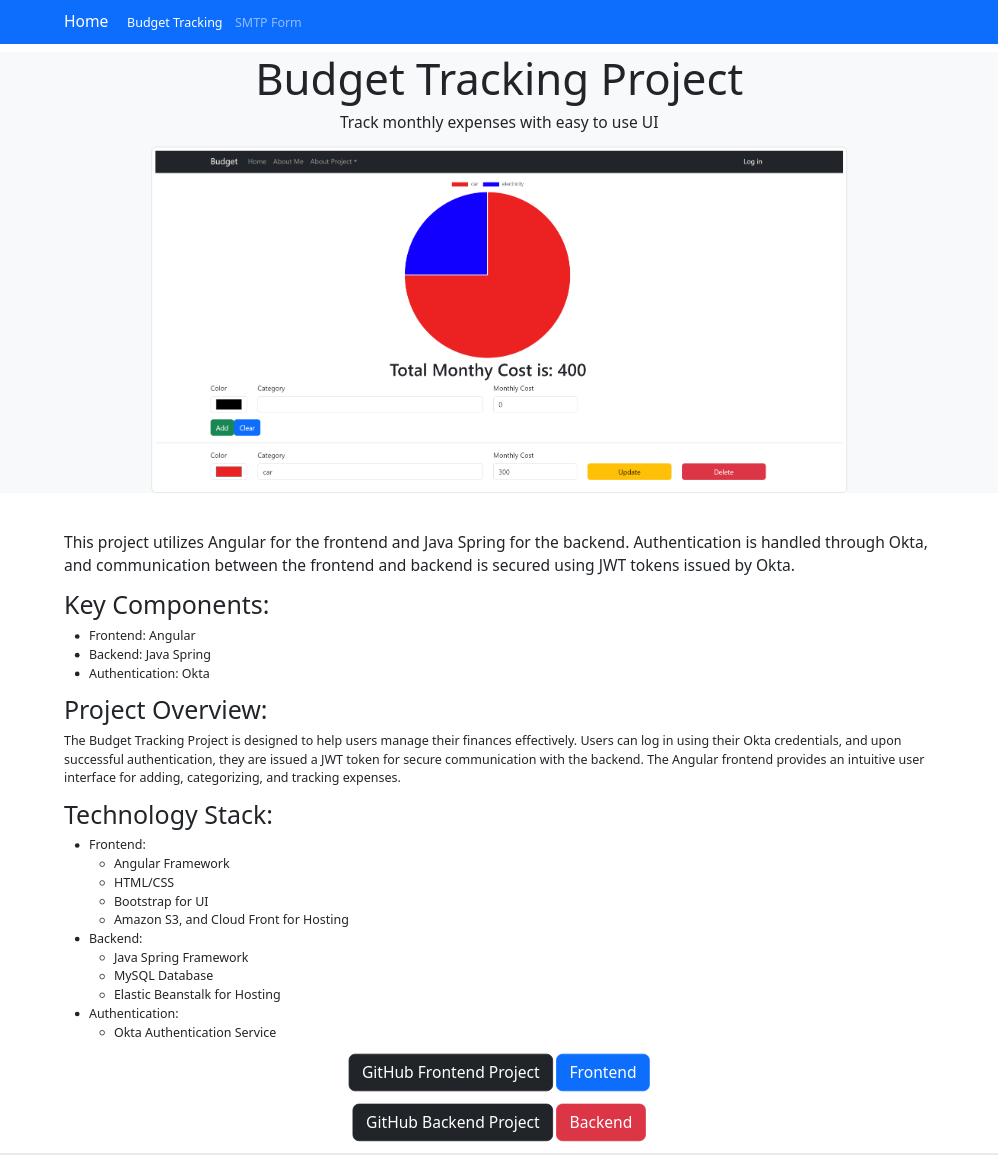
Repository: The-Hustler-Hattab/Web
Page: project_budget.html
An editor plug-in stored every save of this project. The page is shown before and after the next save, followed by the edit.
The browser window is 1280 px wide. The pictures show the whole page, at 78% of full size.

Above is the page before, as saved 2023-09-30 19:42:39.

### project_budget.html
<!DOCTYPE html>
<html lang="en">
<head>
    <meta charset="UTF-8">
    <meta name="viewport" content="width=device-width, initial-scale=1.0">
    <title>My Personal Projects</title>
    <!-- Add Bootstrap CSS link -->
    <link rel="stylesheet" href="https://cdn.jsdelivr.net/npm/bootstrap@5.3.0/dist/css/bootstrap.min.css">
</head>
<body>
    <script type="module" src="./js/header.js"></script>
    <project-header></project-header>
<!-- Navigation Bar -->
<!-- <nav class="navbar navbar-expand-lg navbar-dark bg-primary fixed-top">
    <div class="container">
        <a class="navbar-brand" href="./index.html">Home</a>
        <button class="navbar-toggler" type="button" data-bs-toggle="collapse" data-bs-target="#navbarNav"
                aria-controls="navbarNav" aria-expanded="false" aria-label="Toggle navigation">
            <span class="navbar-toggler-icon"></span>
        </button>
        <div class="collapse navbar-collapse" id="navbarNav">
            <ul class="navbar-nav ml-auto">
                <li class="nav-item">
                    <a class="nav-link active" href="./project_budget.html">Budget Tracking</a>
                </li>
                <li class="nav-item">
                    <a class="nav-link" href="./project_SMTP.html">SMTP Form</a>
                </li>
            </ul>
        </div>
    </div>
</nav>
<hr>
<hr>
<hr> -->

<!-- Jumbotron -->
<div class="jumbotron text-center bg-light">
    <h1 class="display-4">Budget Tracking Project</h1>
    <p class="lead">Track monthly expenses with easy to use UI</p>
    <div class="container">
        <img src="img/budget-project.png" alt="Project Screenshot"  class="img-fluid rounded img-thumbnail" style="max-width: 80%;" >

    </div>
    <p></p>
</div>
<div class="container mt-5">
    <!-- <h1 class="display-4">Budget Tracking Project</h1> -->
    <p class="lead">This project utilizes Angular for the frontend and Java Spring for the backend. Authentication is handled through Okta, and communication between the frontend and backend is secured using JWT tokens issued by Okta.</p>

    <h2>Key Components:</h2>
    <ul>
        <li>Frontend: Angular</li>
        <li>Backend: Java Spring</li>
        <li>Authentication: Okta</li>
    </ul>

    <h2>Project Overview:</h2>
    <p>The Budget Tracking Project is designed to help users manage their finances effectively. Users can log in using their Okta credentials, and upon successful authentication, they are issued a JWT token for secure communication with the backend. The Angular frontend provides an intuitive user interface for adding, categorizing, and tracking expenses.</p>

    <h2>Technology Stack:</h2>
    <ul>
        <li>Frontend:
            <ul>
                <li>Angular Framework</li>
                <li>HTML/CSS</li>
                <li>Bootstrap for UI</li>
                <li>Amazon S3, and Cloud Front for Hosting</li>
            </ul>
        </li>
        <li>Backend:
            <ul>
                <li>Java Spring Framework</li>
                <li>MySQL Database</li>
                <li>Elastic Beanstalk for Hosting</li>
            </ul>
        </li>

        <li>Authentication:
            <ul>
                <li>Okta Authentication Service</li>

            </ul>
        </li>
    </ul>

</div>
<div class="container text-center mt-1">
    <a href="https://github.com/The-Hustler-Hattab/budget-tracking" target="_blank" class="btn btn-dark btn-lg mr-3">
        GitHub Frontend Project
    </a>
    <a href="https://budget-app.mtattab.com/" target="_blank" class="btn btn-primary btn-lg mr-3">
        Frontend
    </a>
</div>

<div class="container text-center mt-3">
    <a href="https://github.com/The-Hustler-Hattab/BudgetSpringApi" target="_blank"  class="btn btn-dark btn-lg mr-3">
        GitHub Backend Project
    </a>
    <a href="https://budget-spring.mtattab.com/" target="_blank"  class="btn btn-danger btn-lg mr-3">
        Backend
    </a>
</div>


<hr>

<!-- Bootstrap JS and Popper.js (for Bootstrap functionality) -->
<script src="https://cdn.jsdelivr.net/npm/bootstrap@5.3.0/dist/js/bootstrap.min.js"></script>
<script src="https://cdn.jsdelivr.net/npm/popper.js@2.9.3/dist/umd/popper.min.js"></script>
</body>
</html>

### js/header.js
class ProjectHeader extends HTMLElement {

    connectedCallback(){
        this.innerHTML = `
        <nav class="navbar navbar-expand-lg navbar-dark bg-primary fixed-top">
        <div class="container">
        <a class="navbar-brand" href="./index.html">Home</a>
        <button class="navbar-toggler" type="button" data-bs-toggle="collapse" data-bs-target="#navbarNav"
                aria-controls="navbarNav" aria-expanded="false" aria-label="Toggle navigation">
            <span class="navbar-toggler-icon"></span>
        </button>
        <div class="collapse navbar-collapse" id="navbarNav">
            <ul class="navbar-nav ml-auto">
                <li class="nav-item">
                    <a class="nav-link active" href="./project_budget.html">Budget Tracking</a>
                </li>
                <li class="nav-item">
                    <a class="nav-link" href="./project_SMTP.html">SMTP Form</a>
                </li>
            </ul>
        </div>
    </div>
</nav>
<hr>
<hr>
<hr>
        `
    }


}
customElements.define("project-header", ProjectHeader)

After the next save:
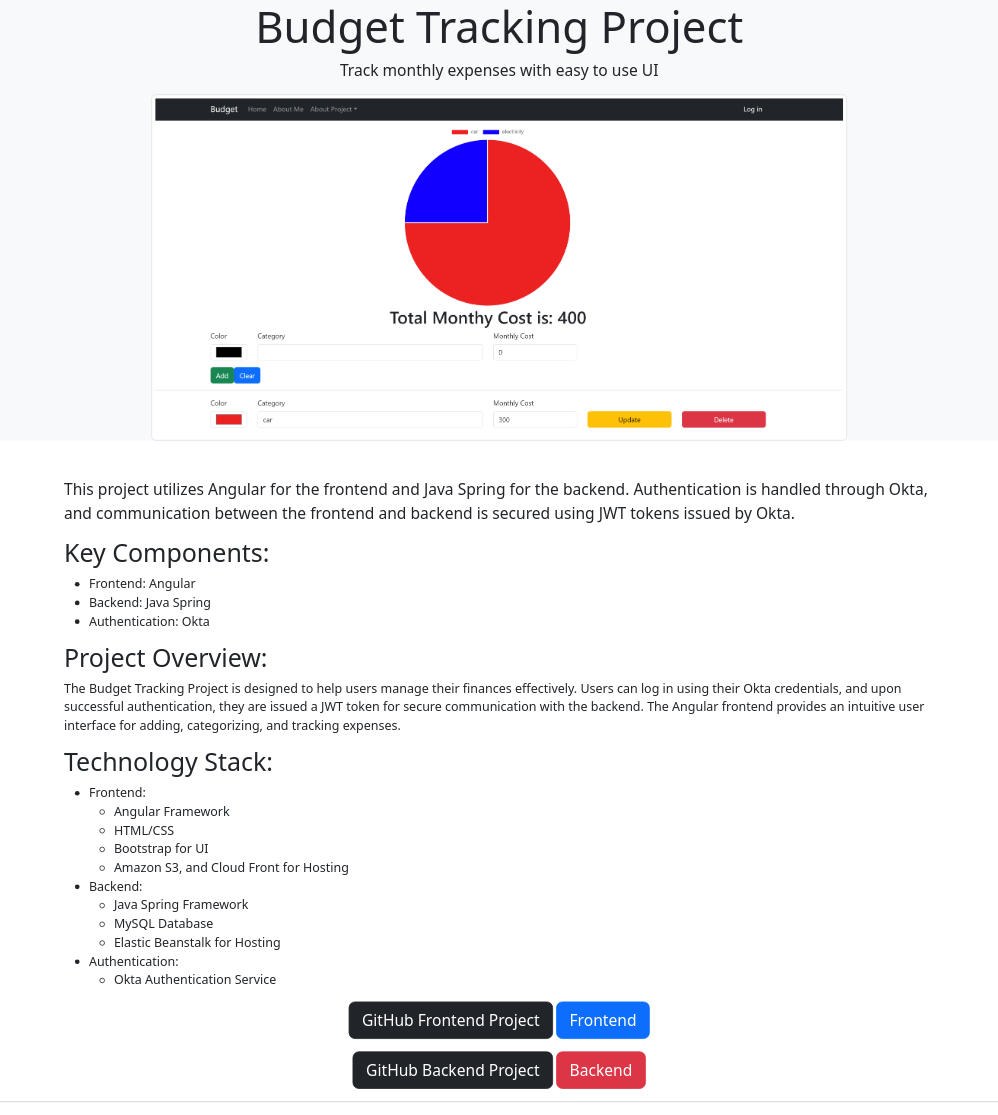
Saved 3 min 23 s later.
--- a/project_budget.html
+++ b/project_budget.html
@@ -9,7 +9,7 @@
 </head>
 <body>
     <script type="module" src="./js/header.js"></script>
-    <project-header></project-header>
+    <!-- <project-header></project-header> -->
 <!-- Navigation Bar -->
 <!-- <nav class="navbar navbar-expand-lg navbar-dark bg-primary fixed-top">
     <div class="container">

After the 3 saves that followed:
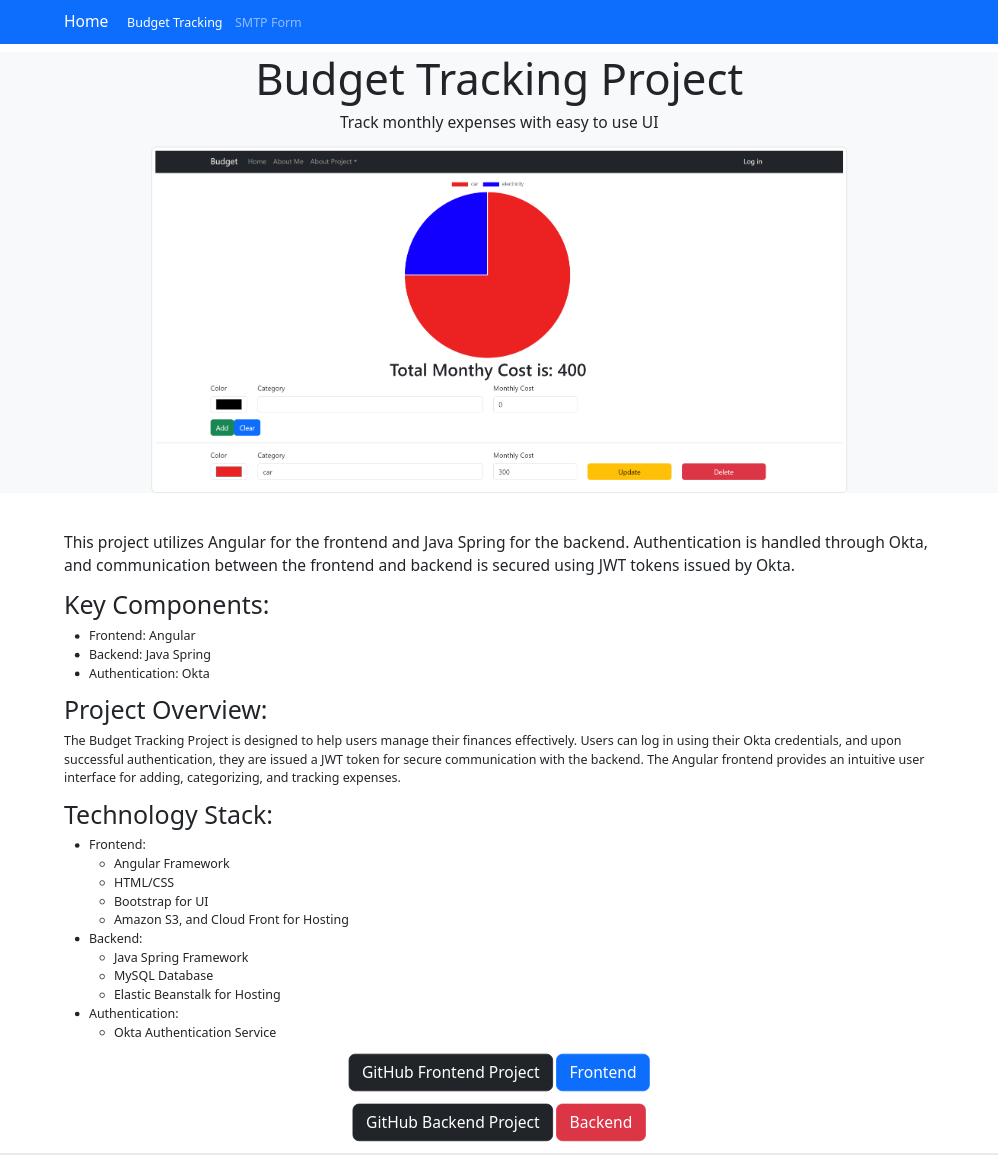
The 3 saves are shown as one change because 2 left the picture as it was.
The last was saved 30 s later.
--- a/project_budget.html
+++ b/project_budget.html
@@ -9,7 +9,7 @@
 </head>
 <body>
     <script type="module" src="./js/header.js"></script>
-    <!-- <project-header></project-header> -->
+    <project-header></project-header>
 <!-- Navigation Bar -->
 <!-- <nav class="navbar navbar-expand-lg navbar-dark bg-primary fixed-top">
     <div class="container">
